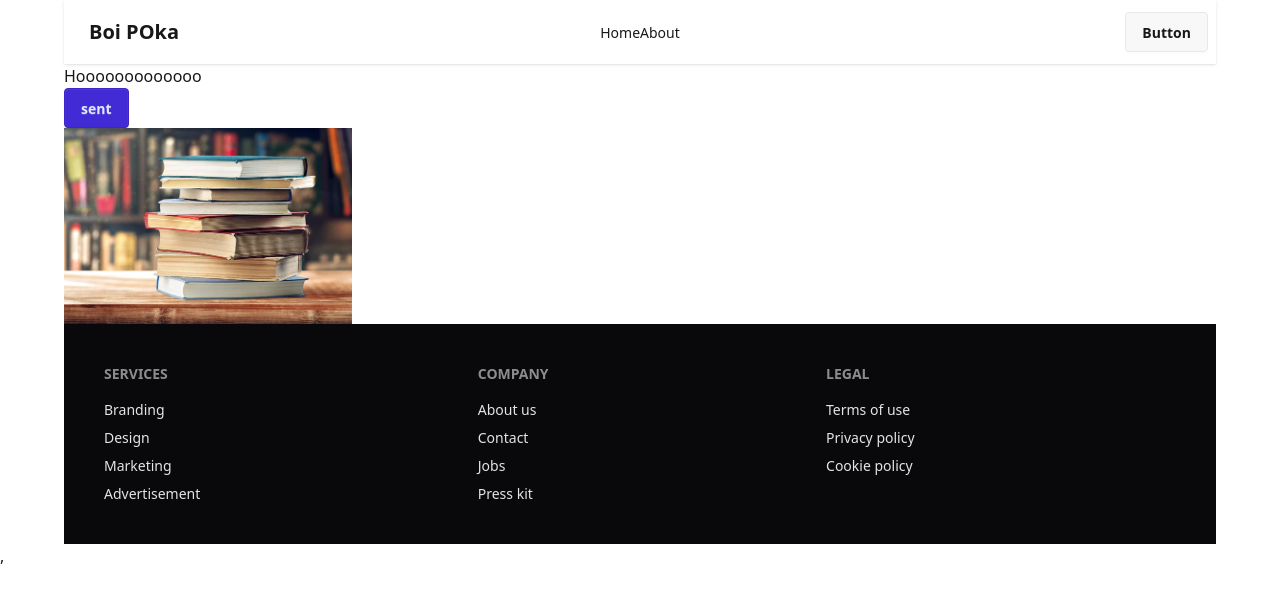
Repository: SanjidaSnigdha/Boipoka-Book-Vibe-Project
Page: /
An editor plug-in stored every save of this project. The page is shown before and after the next save, followed by the edit.
The browser window is 1280 px wide. The pictures show the whole page.
The project was rebuilt for these pictures with package versions that can differ from the ones it lists, and the page was loaded fresh each time. Also part of the build but not shown: vite.config.js, src/App.css, src/App.jsx, src/Pages/Root/ErrorPage/ErrorPage.jsx.

Above is the page before, as saved 2026-05-12 11:41:53.

### index.html
<!doctype html>
<html lang="en">
  <head>
    <meta charset="UTF-8" />
    <link rel="icon" type="image/svg+xml" href="/favicon.svg" />
    <meta name="viewport" content="width=device-width, initial-scale=1.0" />
    <title>boipuka</title>
  </head>
  <body>
    <div id="root"></div>
    <script type="module" src="/src/main.jsx"></script>
  </body>
</html>

### src/main.jsx
import { StrictMode } from 'react'
import { createRoot } from 'react-dom/client'
import './index.css'
import App from './App.jsx'
import {
  RouterProvider,
} from "react-router";
import { router } from './Routes/Routes.jsx';




createRoot(document.getElementById('root')).render(
  <StrictMode>
     <RouterProvider router={router} />,
  </StrictMode>,
)

### src/index.css
@import "tailwindcss";
@plugin "daisyui" {
themes : light --default, dark --prefersdark;
themes: light --default;
}
   dark mode to light mode ( index.css)

### src/Routes/Routes.jsx
import React from 'react';
import {
  createBrowserRouter,
} from "react-router";
import Root from '../Pages/Root/Root';
import ErrorPage from '../Pages/Root/ErrorPage/ErrorPage';
import { Component } from 'react';
import Home from '../Pages/Home/Home';

 export const router = createBrowserRouter([
  {
    path: "/",
    Component: Root,
    errorElement: <ErrorPage></ErrorPage>,
    children: [
      {
      index: true,
      path: '/',
      Component: Home

    },
  ],
},
]);

### src/Pages/Root/Root.jsx
import React from 'react';
import Navbar from '../../Components/Header/Navbar/Navbar';
import { Outlet } from 'react-router';
import Footer from '../../Components/Footer/Footer';

const Root = () => {
    return (
        <div className='max-w-6xl mx-auto'>
            <Navbar></Navbar>
            <Outlet></Outlet>
            <Footer></Footer>

        </div>
    );
};

export default Root;

### src/Pages/Home/Home.jsx
import React from 'react';
import Banner from '../../Components/Banner/Banner';

const Home = () => {
    return (
        <div>
            <Banner></Banner>
        </div>
    );
};

export default Home;

### src/Components/Header/Navbar/Navbar.jsx
import React from 'react';

const Navbar = () => {
    const links = <>
      <li>Home</li>
      <li>About</li>
    </>
    return (
        <div className="navbar bg-base-100 shadow-sm">
  <div className="navbar-start">
    <div className="dropdown">
      <div tabIndex={0} role="button" className="btn btn-ghost lg:hidden">
        <svg xmlns="http://www.w3.org/2000/svg" className="h-5 w-5" fill="none" viewBox="0 0 24 24" stroke="currentColor"> <path strokeLinecap="round" strokeLinejoin="round" strokeWidth="2" d="M4 6h16M4 12h8m-8 6h16" /> </svg>
      </div>
      <ul
        tabIndex="-1"
        className="menu menu-sm dropdown-content bg-base-100 rounded-box z-1 mt-3 w-52 p-2 shadow">
       {links}
      </ul>
    </div>
    <a className="btn btn-ghost text-xl">Boi POka</a>
  </div>
  <div className="navbar-center hidden lg:flex">
    <ul className="menu menu-horizontal px-1">
      {links}
    </ul>
  </div>
  <div className="navbar-end">
    <a className="btn">Button</a>
  </div>
</div>
    );
};

export default Navbar;

### src/Components/Footer/Footer.jsx
import React from 'react';

const Footer = () => {
    return (
        <footer className="footer sm:footer-horizontal bg-neutral text-neutral-content p-10">
  <nav>
    <h6 className="footer-title">Services</h6>
    <a className="link link-hover">Branding</a>
    <a className="link link-hover">Design</a>
    <a className="link link-hover">Marketing</a>
    <a className="link link-hover">Advertisement</a>
  </nav>
  <nav>
    <h6 className="footer-title">Company</h6>
    <a className="link link-hover">About us</a>
    <a className="link link-hover">Contact</a>
    <a className="link link-hover">Jobs</a>
    <a className="link link-hover">Press kit</a>
  </nav>
  <nav>
    <h6 className="footer-title">Legal</h6>
    <a className="link link-hover">Terms of use</a>
    <a className="link link-hover">Privacy policy</a>
    <a className="link link-hover">Cookie policy</a>
  </nav>
</footer>
    );
};

export default Footer;

### src/Components/Banner/Banner.jsx
import React from 'react';
import bookImage from '../../assets/books.jpg'

const Banner = () => {
    return (
        <div>
            <diV>
            <h1>Hooooooooooooo</h1>
            <button className='btn btn-primary'>sent</button>
            </diV>
            <div>
               <img className='w-3/12' src={bookImage} alt="" />
            </div>
        </div>
    );
};

export default Banner;

After the next save:
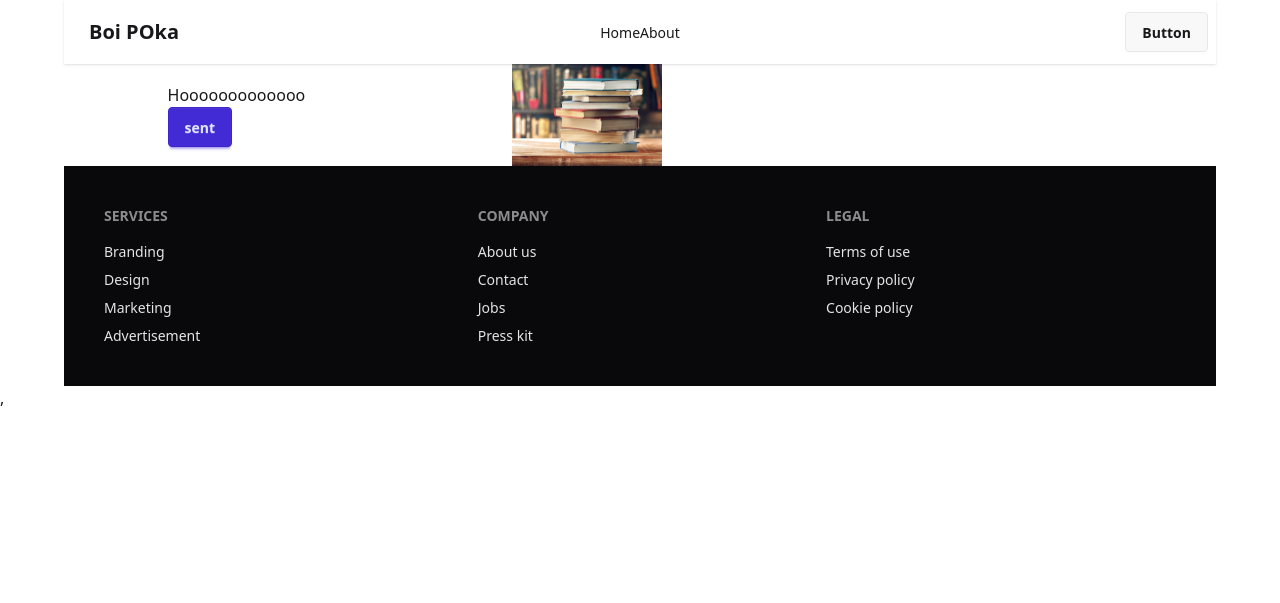
Saved 56 s later.
--- a/src/Components/Banner/Banner.jsx
+++ b/src/Components/Banner/Banner.jsx
@@ -3,7 +3,7 @@ import bookImage from '../../assets/books.jpg'
 
 const Banner = () => {
     return (
-        <div>
+        <div className='flex justify-around items-center'>
             <diV>
             <h1>Hooooooooooooo</h1>
             <button className='btn btn-primary'>sent</button>
